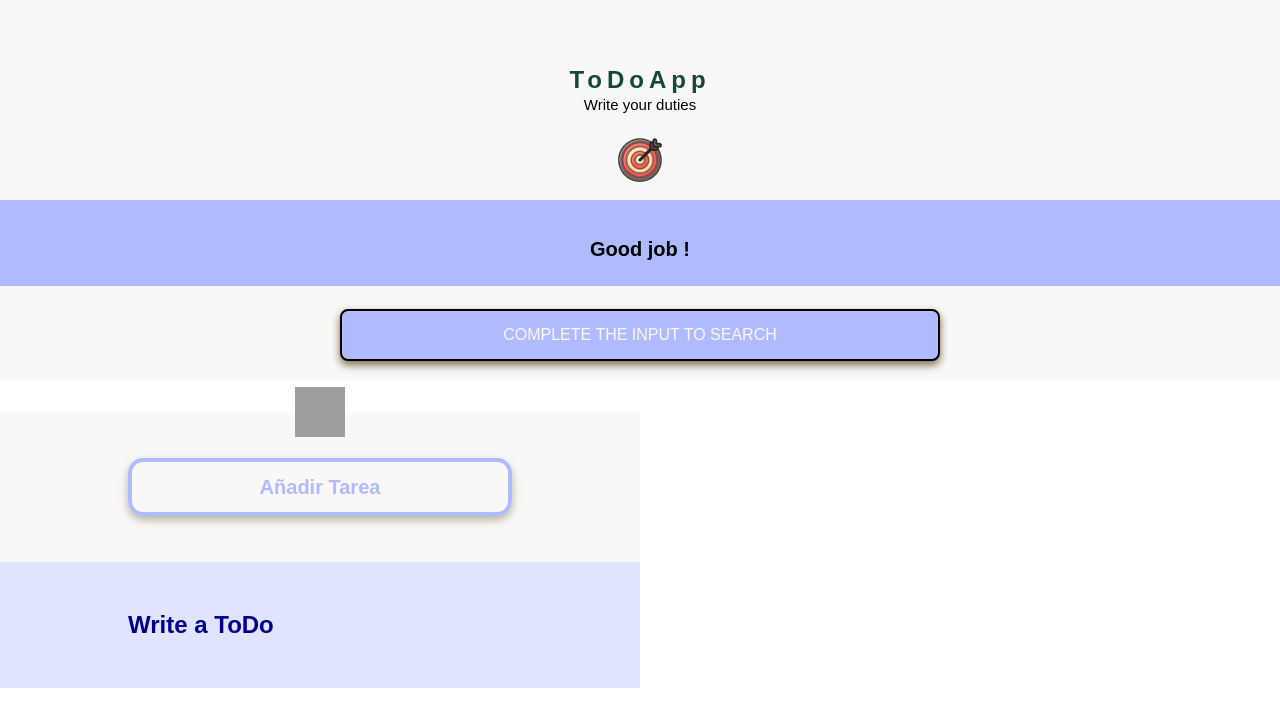
Repository: ChristianGecchelin/to-do-app
Page: /
These files come from the project's save history. The page is drawn as it stood at one moment and after the next save; the edit follows.
The browser window is 1280 px wide. The pictures show the whole page.
Pictures or frames that could not be fetched are drawn as grey boxes. The project was rebuilt for these pictures with package versions that can differ from the ones it lists, and the page was loaded fresh each time. Also part of the build but not shown: src/ToDoItem.js, src/Modal/Modal.css, src/Modal/index.js, src/TodoForm/TodoForm.css, src/TodoForm/index.js.

Above is the page before, as saved 2022-01-17 16:55:34.

### public/index.html
<!DOCTYPE html>
<html lang="en">
  <head>
    <meta charset="utf-8" />
    <link rel="icon" href="%PUBLIC_URL%/favicon.ico" />
    <meta name="viewport" content="width=device-width, initial-scale=1" />
    <meta name="theme-color" content="#000000" />
    <meta
      name="description"
      content="Web site created using create-react-app"
    />
    <link rel="apple-touch-icon" href="%PUBLIC_URL%/logo192.png" />

    <link rel="manifest" href="%PUBLIC_URL%/manifest.json" />

    <title>ToDoApp</title>
  </head>
  <body>
    <noscript>You need to enable JavaScript to run this app.</noscript>
    <div id="root"></div>
    <div id="modal"></div>
  </body>
</html>

### src/index.js
import React from "react";
import ReactDOM from "react-dom";
import App from "./App/index.js";
//import { ChakraProvider } from "@chakra-ui/react";
import "./index.css";

ReactDOM.render(<App />, document.getElementById("root"));

### src/App/index.js
import { AppUI } from "./AppUI";
import { TodoProvider } from "../TodoContext";
function App() {
  return (
    <TodoProvider>
      <AppUI />
    </TodoProvider>
  );
}

export default App;

### src/index.css
* {
  box-sizing: border-box;
  margin: 0;
  padding: 0;
}
html {
  font-size: 62.5%;
  font-family: "DM Sans", sans-serif;
}
body {
  background: #bababa;
}

### src/App/AppUI.js
import React from "react";
import { ToDoCounter } from "../ToDoCounter";
import { ToDoSearch } from "../ToDoSearch";
import { ToDoList } from "../ToDoList";
import { CreateToDoButton } from "../CreateToDoButton";
import { ToDoItem } from "../ToDoItem";
import { Header } from "../Header";
import { TodoContext } from "../TodoContext";
import { Modal } from "../Modal";
import "./AppUI.css";
import { TodoForm } from "../TodoForm";

function AppUI() {
  const {
    error,
    loading,
    searchedTodos,
    completeTodo,
    deleteTodo,
    openModal,
    setOpenModal,
  } = React.useContext(TodoContext);
  return (
    <>
      <section className="container-header">
        <Header />

        <ToDoSearch />
      </section>

      {/* a todos les paso las props. todo lo que escribo al lado del componente son props */}
      <section className="main-container">
        <ToDoCounter />
        <section className="view-todo-container">
          <CreateToDoButton setOpenModal={setOpenModal} openModal={openModal} />
          <ToDoList>
            {/* declaro tres variables, que luego van a presentar tres situaciones distintas.
        la tercera significa, si loading es false(ya cargó) y el array es vacio muestro ese mensaje */}
            {error && (
              <p className="alternative-text">Ups something happen...</p>
            )}
            {loading && <p className="alternative-text">Loading...</p>}
            {!loading && !searchedTodos.length && (
              <p className="alternative-text">Write a ToDo</p>
            )}

            {searchedTodos.map((todo) => (
              <ToDoItem
                key={todo.id}
                text={todo.text}
                completed={todo.completed}
                onComplete={() => completeTodo(todo.id)}
                onDelete={() => deleteTodo(todo.id)}
              />
            ))}
          </ToDoList>
        </section>
      </section>
      {openModal && (
        <Modal>
          <TodoForm />
        </Modal>
      )}
    </>
  );
}
export { AppUI };

### src/TodoContext/index.js
import React from "react";
import { useLocalStorage } from "./useLocalStorage";
const TodoContext = React.createContext();
function TodoProvider(props) {
  const {
    /* Antes solo traia Todo y saveTodo. Ahora, lo converti en un objeto para traer a loading tambien, y renombre las variables que retorne del customHook para que coincidan con la nomenclatura de lo descripto en APP */
    item: todos,
    saveItem: saveTodos,
    loading,
    error,
  } = useLocalStorage("Todos_V1", []);
  /* este estado va a manejar la creacion de tareas */
  const [searchValue, setSearchValue] = React.useState("");
  /* este estado va a setear el valor de lo escrito en el input */

  const [openModal, setOpenModal] = React.useState(false);

  const completeTodo = (id) => {
    const todoIndex = todos.findIndex((todo) => todo.id === id);
    const newTodos = [...todos];
    if (newTodos[todoIndex].completed === false) {
      newTodos[todoIndex].completed = true;
      saveTodos(newTodos);
    } else {
      newTodos[todoIndex].completed = false;
      saveTodos(newTodos);
    }
  };

  const deleteTodo = (id) => {
    const todoIndex = todos.findIndex((todo) => todo.id === id);
    const newTodos = [...todos];
    newTodos.splice(todoIndex, 1);
    saveTodos(newTodos);
  };

  const addTodo = (text) => {
    const newTodos = [...todos];
    newTodos.push({
      id: Date.now(),
      completed: false,
      text,
    });
    saveTodos(newTodos);
  };

  const completedTodos = todos.filter((todo) => !!todo.completed).length;
  /* !!significa es verdadero? // filtramos el array para sacar solo los que tengan la propiedad completed en true */
  const totalTodos = todos.length;

  let searchedTodos = [];

  if (!searchValue.length >= 1) {
    searchedTodos = todos;
  } else {
    searchedTodos = todos.filter((todo) => {
      const todoText = todo.text.trim().toLowerCase();
      const searchText = searchValue.trim().toLowerCase();
      return todoText.includes(searchText);
    });
  }

  return (
    <TodoContext.Provider
      value={{
        error,
        loading,
        totalTodos,
        completedTodos,
        searchValue,
        setSearchValue,
        searchedTodos,
        completeTodo,
        deleteTodo,
        openModal,
        setOpenModal,
        addTodo,
      }}
    >
      {props.children}
    </TodoContext.Provider>
  );
}
export { TodoContext, TodoProvider };

### src/ToDoCounter.js
import "./styles/ToDoCounter.css";
function ToDoCounter({ total, completed }) {
  return (
    <section className="counter-container">
      <div className="title-card">
        <h2 className="counter-title">
          You have completed <br />
          {completed} of {total} duties.
        </h2>
      </div>
      {/* como podria cambiar ese br? */}
      <p className="counter-congrats">Good job !</p>
    </section>
  );
}
export { ToDoCounter };
/* Modificar que sea variable la cantidad de tareas completadas, que el good job cambie cuando llevo menos de la mitad de tareas completadas. */

### src/ToDoSearch.js
import { useState } from "react";
import "./styles/ToDoSearch.css";
function ToDoSearch({ searchValue, setSearchValue }) {
  /* destructuro para no hacer props.searchValue lo pongo entre llaves y solo anoto el nombre de las props que paso */
  const onSearchValueChange = (event) => {
    setSearchValue(event.target.value);
  };
  return (
    <section className="search-container">
      <input
        className="search-input"
        placeholder="Picar cebolla"
        value={searchValue}
        onChange={onSearchValueChange}
      ></input>
      <button className="search-button">Complete the input to search</button>
    </section>
  );
}
export { ToDoSearch };

### src/ToDoList.js
import "./styles/ToDoList.css";
function ToDoList(props) {
  return (
    <section className="list-container">
      <ul className="item-container"> {props.children}</ul>
    </section>
  );
}
export { ToDoList };

### src/CreateToDoButton.js
import "./styles/createToDoButton.css";
function CreateToDoButton() {
  return (
    <div className="button-container">
      <span className="button"></span>
      <p className="button-text">Añadir Tarea</p>
    </div>
  );
}
export { CreateToDoButton };

### src/Header.js
import "./styles/header.css";
function Header() {
  return (
    <header>
      <h1>ToDoApp</h1>
      <h3>Write your duties</h3>
      <span></span>
    </header>
  );
}
export { Header };

### src/App/AppUI.css
.alternative-text {
  font-size: 2.4rem;
  font-weight: 700;
  line-height: 2.6rem;
  color: darkblue;
}
.container-header {
  display: flex;
  flex-direction: row;
  flex-wrap: wrap;
  background-color: #b1bcfa;
  justify-content: space-between;
  height: 25vh;
}
.main-container {
  display: flex;
  flex-direction: row;
  flex-wrap: wrap;
  background-color: #fff;
  justify-content: space-between;
  height: 75vh;
}
.view-todo-container {
  display: flex;
  flex-direction: column;
  justify-content: center;
  width: 100%;
}
@media (min-width: 1000px) {
  .view-todo-container {
    width: 50%;
    margin-top: 30px;
  }
  .container-header {
    height: 12vh;
  }
  .main-container {
    height: auto;
    min-height: 88vh;
  }
}

### src/TodoContext/useLocalStorage.js
import React from "react";
function useLocalStorage(itemName, initialValue) {
  /* este estado se usa con try/catch para determinar si ha habido un error lo capturo seteandolo */
  const [error, setError] = React.useState(false);
  /* este usestate setea el estado en el que se encuentra el pedido.Mientras este cargando va a ser true, una vez que termine de cargar va a ser false*/
  const [loading, setLoading] = React.useState(true);

  /* Recordar setear en useState el nuevo array con Todos (parsedTodos(antes) ahora lo cambie por initialValue *ver comentario abajo) */
  const [item, setItem] = React.useState(initialValue);
  /* trae por defecto lo definido en los componentes osea algo vacio en este caso. Pero luego ejecuto el useEffect para que cargue con delay lo del localStorage, simulando el pedido a una API (initialValue) */

  React.useEffect(
    () => {
      setTimeout(() => {
        try {
          const localStorageItem = localStorage.getItem(itemName);
          let parsedItem;

          if (!localStorageItem) {
            localStorage.setItem(itemName, JSON.stringify(initialValue));
            parsedItem = initialValue;
          } else {
            parsedItem = JSON.parse(localStorageItem);
          }

          /* seteamos el estado para mostrar lo que tenemos en localStorage */
          setItem(parsedItem);
          setLoading(false);
        } catch (error) {
          setError(error);
        }
      }, 1250);
    }

    /*
      la segunda posicion de la funcion nos determina cuando se va a ejecutar el hook
      el array[] hace que se renderice una sola vez cuando carga la pagina
      pero tambien puedo llamar una variable para que solo se ejecute cuando hay un cambio en el estado. Eso pasaria si pongo totalTodos
      solo se ejecutaria cuando modifico el conteo de todos */
  );

  const saveItem = (newItem) => {
    /* seteo con un try catch porque es posible que al crear un nuevo todo me de error */
    try {
      const stringifiedItem = JSON.stringify(newItem);
      localStorage.setItem(itemName, stringifiedItem);
      setItem(newItem);
    } catch (error) {
      setError(error);
    }
  };
  return { item, saveItem, loading, error };
}
export { useLocalStorage };

### src/styles/ToDoCounter.css
.counter-container {
  display: flex;
  flex-direction: column;
  justify-content: space-around;
  align-items: center;
  width: 100%;
  min-width: 300px;
  height: 200px;
  margin: 0 auto;
  text-align: center;
  background: #b0bbff;
}
.title-card {
  border: 2px solid black;
  border-radius: 10px;
}
.counter-title {
  font-size: 2.2rem;
  font-weight: 700;
  line-height: 2.4rem;
  letter-spacing: 0.2rem;
  padding: 10px 20px;
}
.counter-congrats {
  font-size: 2rem;
  font-weight: 700;
  line-height: 2rem;
}

/* como funciona la especifidad en css en react? */

### src/styles/ToDoSearch.css
.search-container {
  display: flex;
  flex-direction: column;
  margin: 0 auto;
  justify-content: space-around;
  width: 100%;
  min-width: 200px;
  height: 180px;
  text-align: center;
  background: #faf8f7;
}
.search-input {
  width: 60%;
  max-width: 600px;
  border: 2px solid black;
  border-radius: 8px;
  margin: 0 auto;
  text-align: center;
  padding: 15px 20px;
  font-size: 1.6rem;
}
.search-button {
  width: 60%;
  max-width: 600px;
  margin: 0 auto;
  padding: 15px 0;
  border: 2px solid black;
  border-radius: 8px;
  outline: none;
  font-size: 1.6rem;
  text-transform: uppercase;
  background: rgb(176 187 255);
  color: #faf8f7;

  box-shadow: 0px 4px 8px rgba(89, 73, 30, 0.8);
}
.search-input:focus {
  outline: none;
  border: 2px solid green;
  background: rgba(240, 239, 239, 0.7);
}
.search-input::placeholder {
  text-transform: uppercase;
}

### src/styles/ToDoList.css
.list-container {
  display: flex;
  flex-direction: column;
  justify-content: center;
  align-items: center;
  width: 100%;
  height: auto;
  padding: 50px 0;
  background: rgb(176 187 255 / 40%);
}
.item-container {
  width: 60%;
  min-width: 310px;
  max-width: 600px;
}
.list-item {
  position: relative;
  display: flex;
  flex-direction: row;
  justify-content: center;
  margin: 20px 0px;
  padding: 15px 0;
  border: 2px solid black;
  border-radius: 15px;
  width: 100%;
  box-shadow: 0px 4px 8px rgba(89, 73, 30, 0.8);
}
.check {
  position: absolute;
  top: 13px;
  left: calc(5%);
  background-image: url(../assets/check.svg);
  width: 25px;
  height: 25px;
  background-repeat: no-repeat;
  background-size: contain;
}
.delete {
  position: absolute;
  top: 13px;
  left: calc(91% - 5px);
  width: 25px;
  height: 25px;
  background-repeat: no-repeat;
  fill: #81b5a8;
  -webkit-mask: url(../assets/cross.svg);
  mask: url(../assets/cross.svg);
  mask-size: auto;
  background: red;
}
.delete:hover {
  transform: scale(1.5);
  transition: all ease 0.5s;
}
.text-item {
  font-size: 2rem;
  font-weight: 700;
  line-height: 2rem;
}
.text-item-completed {
  text-decoration: line-through;
}

### src/styles/createToDoButton.css
.button-container {
  position: relative;
  display: flex;
  flex-direction: column;
  justify-content: center;
  align-items: center;
  width: 100%;
  height: 150px;
  background: #faf8f7;
  text-align: center;
}
.button {
  position: absolute;
  top: -25px;
  left: calc(50% - 25px);
  background-image: url(../assets/plus.svg);
  width: 50px;
  height: 50px;
}
.button-text {
  width: 60%;
  max-width: 600px;
  padding: 15px 0;
  font-size: 2rem;
  line-height: 2rem;
  font-weight: 700;
  border: 4px solid rgb(176 187 255);
  border-radius: 15px;
  color: rgb(176 187 255);
  box-shadow: 0px 4px 8px rgba(89, 73, 30, 0.4);
}
.button-text:hover {
  border: 4px solid #faf8f7;
  color: #faf8f7;
  background-color: rgb(176 187 255);
}

### src/styles/header.css
header {
  position: relative;
  display: flex;
  flex-direction: column;
  justify-content: center;
  align-items: center;
  width: 100%;
  min-width: 320px;
  height: 200px;
  text-align: center;
  padding-bottom: 50px;
  background: #faf8f7;
}
header h1 {
  align-items: center;
  font-size: 2.4rem;
  font-weight: 700;
  line-height: 3rem;
  color: rgb(22, 71, 55);
  padding-top: 15px;
  padding-bottom: 5px;
  margin-top: 10px;
  letter-spacing: 0.5rem;
}
header h3 {
  align-items: center;
  font-size: 1.5rem;
  font-weight: 500;
  line-height: 1rem;
}
header span {
  position: absolute;
  top: 135px;
  background-image: url(../assets/header.svg);
  width: 50px;
  height: 50px;
  background-repeat: no-repeat;
  background-size: contain;
}
/*Falta completar con tipografias y colores, imagen span*/

### src/TitleToDo/index.js
function TitleToDo() {
  return (
    <div>
      <h2>Your To Do</h2>
      <hr></hr>
    </div>
  );
}
export { TitleToDo };

After the next save:
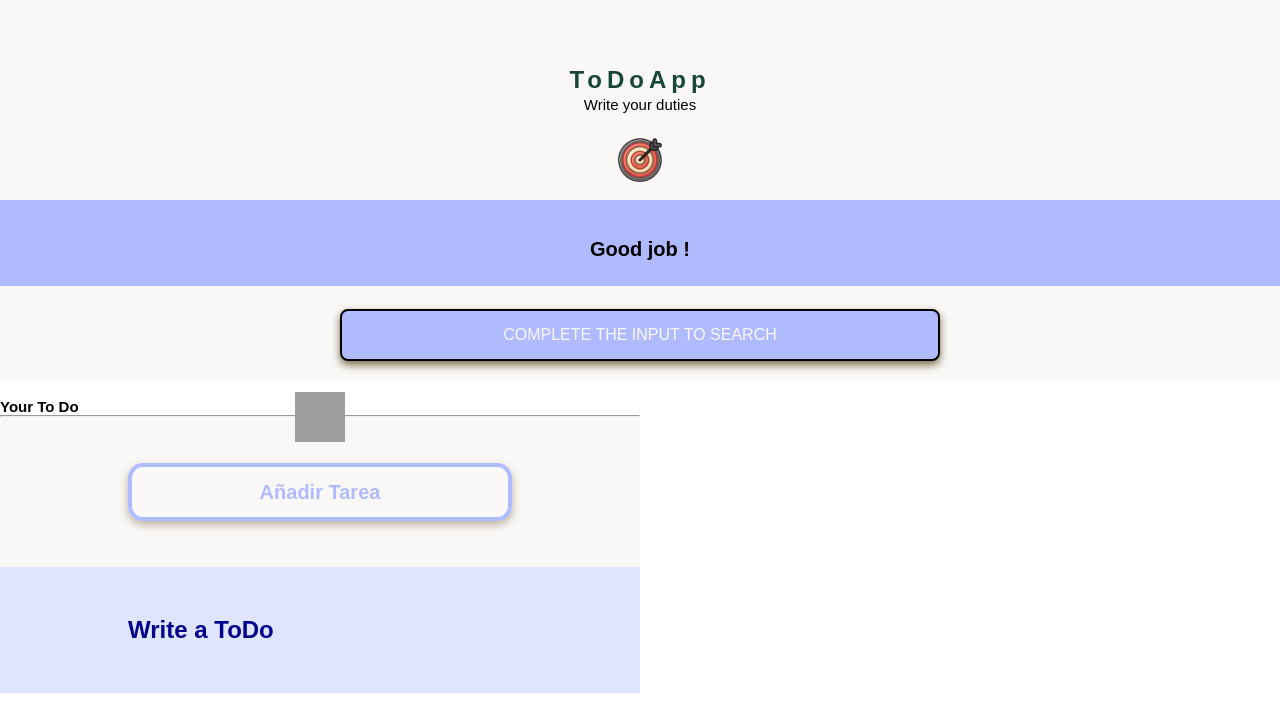
Saved 32 s later.
--- a/src/App/AppUI.js
+++ b/src/App/AppUI.js
@@ -9,6 +9,7 @@ import { TodoContext } from "../TodoContext";
 import { Modal } from "../Modal";
 import "./AppUI.css";
 import { TodoForm } from "../TodoForm";
+import { TitleToDo } from "../TitleToDo";
 
 function AppUI() {
   const {
@@ -32,6 +33,7 @@ function AppUI() {
       <section className="main-container">
         <ToDoCounter />
         <section className="view-todo-container">
+          <TitleToDo />
           <CreateToDoButton setOpenModal={setOpenModal} openModal={openModal} />
           <ToDoList>
             {/* declaro tres variables, que luego van a presentar tres situaciones distintas.
